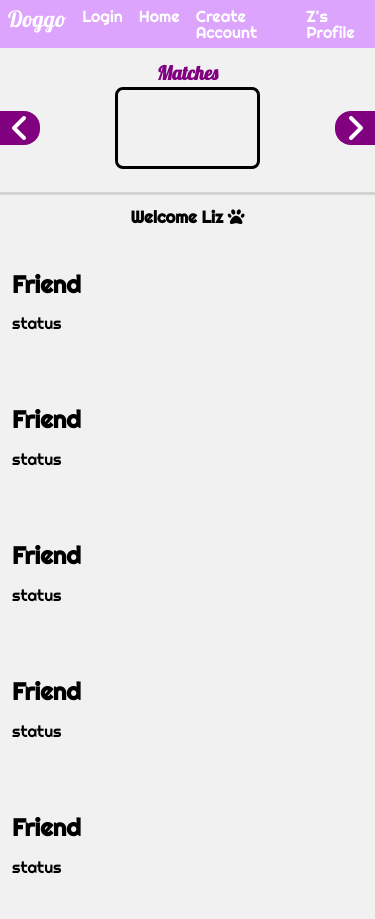
Repository: rh1456/capstone
Page: /1
These files come from the project's save history. The page is drawn as it stood at one moment and after the next save; the edit follows.
The browser window is 375 px wide. The pictures show the whole page.
Some web libraries are served in a nearby version. The project was rebuilt for these pictures with package versions that can differ from the ones it lists, and the page was loaded fresh each time. Also part of the build but not shown: src/pages/DoggoLandingPage.jsx, src/pages/CreateAccout.jsx, src/pages/DogProfile.jsx.

Above is the page before, as saved 2019-12-19 14:53:56.

After the next save:
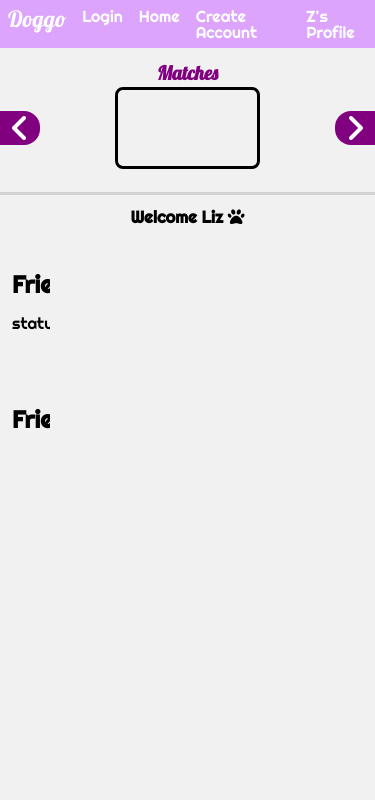
Saved 98 s later.
--- a/src/index.css
+++ b/src/index.css
@@ -239,16 +239,18 @@
     /* display: flex;
     flex-direction: column;
     flex-wrap: nowrap; */
+    width: 50px;
+    height: 200px;
+    overflow-y: scroll;
     overflow-x: hidden;
-    overflow-y: scroll;
   }
   .card {
     max-width: 33.33%;
     padding: 0.75rem;
     margin-bottom: 2rem;
     border: 0;
-    flex-basis: 33.33%;
+    /* flex-basis: 33.33%;
     flex-grow: 0;
-    flex-shrink: 0;
+    flex-shrink: 0; */
   }
 }

After the save that followed:
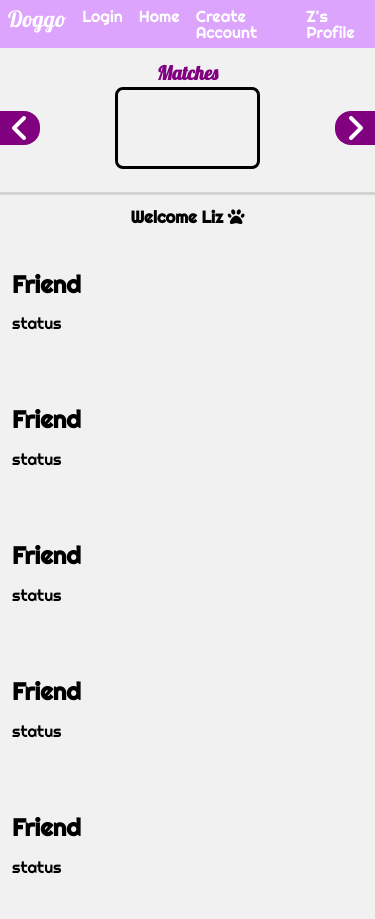
Saved 51 s later.
--- a/src/index.css
+++ b/src/index.css
@@ -235,12 +235,10 @@
     /* border-bottom: solid lightgrey; */
   }
   .newsfeed {
-    /* align-items: stretch; */
-    /* display: flex;
-    flex-direction: column;
-    flex-wrap: nowrap; */
-    width: 50px;
-    height: 200px;
+    align-items: stretch;
+    */display: flex;
+    flex-direction: column;
+    flex-wrap: nowrap;
     overflow-y: scroll;
     overflow-x: hidden;
   }
@@ -249,8 +247,8 @@
     padding: 0.75rem;
     margin-bottom: 2rem;
     border: 0;
-    /* flex-basis: 33.33%;
+    flex-basis: 33.33%;
     flex-grow: 0;
-    flex-shrink: 0; */
+    flex-shrink: 0;
   }
 }
